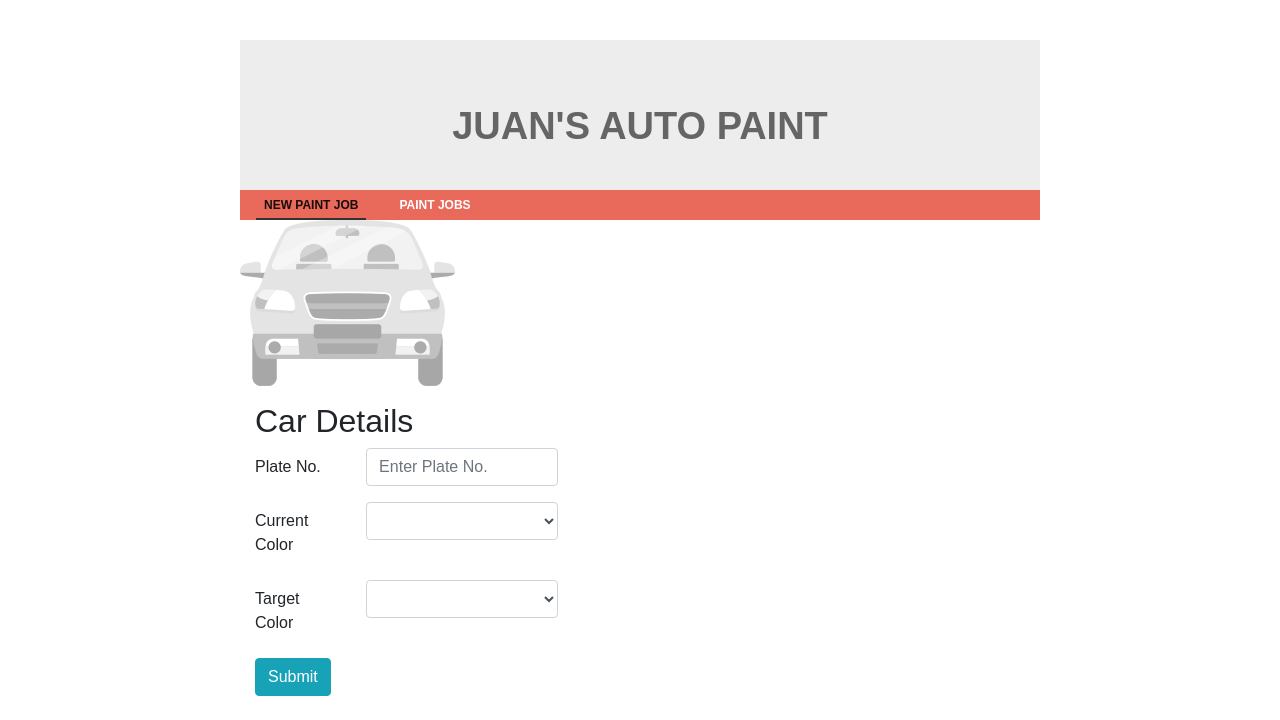
Repository: soycaringal/paint-job
Page: http://localhost/
The author's editor kept a copy of each file at every save. The page is drawn from the files as they stood at one save, then again after a run of saves.
The browser window is 1280 px wide. The pictures show the whole page.
The page is served by the project's Laravel application, run on PHP 8.4 with Laravel 8. Other server files are loaded and not shown. Queries for data that is not in the repository find no rows.

Above is the page before, as saved 2020-02-23 17:30:17.

### routes/web.php
<?php

/*
|--------------------------------------------------------------------------
| Web Routes
|--------------------------------------------------------------------------
|
| Here is where you can register web routes for your application. These
| routes are loaded by the RouteServiceProvider within a group which
| contains the "web" middleware group. Now create something great!
|
*/

Route::get('/', 'CarController@index')->name('home');
Route::get('/jobs', 'CarController@jobs')->name('jobs');
Route::post('/car', 'CarController@store')->name('car.store');

// Route::post('/car', function () {

//     return 'aw';
// });

### app/Http/Controllers/CarController.php
<?php

namespace App\Http\Controllers;

use App\Car;
use Illuminate\Http\Request;

class CarController extends Controller
{
    private $car;

    public function __construct(Car $car) {
        $this->car = $car;
    }

    /**
     * Display a listing of the resource.
     *
     * @return \Illuminate\Http\Response
     */
    public function index()
    {
        $cars = $this->car->all();
        return view('home', compact('cars'));
    }

        /**
     * Display a listing of the resource.
     *
     * @return \Illuminate\Http\Response
     */
    public function jobs()
    {
        return view('jobs');
    }

    /**
     * Show the form for creating a new resource.
     *
     * @return \Illuminate\Http\Response
     */
    public function create()
    {
        //
    }

    /**
     * Store a newly created resource in storage.
     *
     * @param  \Illuminate\Http\Request  $request
     * @return \Illuminate\Http\Response
     */
    public function store(Request $request)
    {
        $data = $request->all();

        $car = new Car();
        $car->plate_no = $data['plate_no'];
        $car->current_color = $data['current_color'];
        $car->target_color = $data['target_color'];
        $car->save();

        return redirect('jobs');
    }

    /**
     * Display the specified resource.
     *
     * @param  \App\Car  $car
     * @return \Illuminate\Http\Response
     */
    public function show(Car $car)
    {
        //
    }

    /**
     * Show the form for editing the specified resource.
     *
     * @param  \App\Car  $car
     * @return \Illuminate\Http\Response
     */
    public function edit(Car $car)
    {
        //
    }

    /**
     * Update the specified resource in storage.
     *
     * @param  \Illuminate\Http\Request  $request
     * @param  \App\Car  $car
     * @return \Illuminate\Http\Response
     */
    public function update(Request $request, Car $car)
    {
        $car = $this->car->find($request->id);
        $car->status = 'completed';
        $car->save();
    }

    /**
     * Remove the specified resource from storage.
     *
     * @param  \App\Car  $car
     * @return \Illuminate\Http\Response
     */
    public function destroy(Car $car)
    {
        //
    }
}

### resources/views/home.blade.php
@extends('layouts.app')

@section('content')

<section class="car-image-content">
    <figure>
        <img src="/img/default.png" alt="">
    </figure>

</section>
<section class="col-5">
    <h2>Car Details</h2>
    <form action="{{route('car.store')}}" method="post">
        @csrf
        <!-- START: Plate No. -->
        <div class="form-group row">
            <label class="col-4 col-form-label">Plate No.</label>
            <div class="col-8   ">
                <input type="text" name="plate_no" class="form-control" placeholder="Enter Plate No." required>
            </div>
        </div>
        <!-- END: Plate No. -->
        <!-- START: Current Color -->
        <div class="form-group row">
            <label class="col-4 col-form-label">Current Color</label>
            <div class="col-8   ">
                <select name="current_color"class="form-control" required>
                    <option value=""></option>
                    <option value="red">Red</option>
                    <option value="green">Green</option>
                    <option value="blue">Blue</option>
                </select>
            </div>
        </div>
        <!-- END: Current Color -->
        <!-- START: Target Color -->
        <div class="form-group row">
            <label class="col-4 col-form-label">Target Color</label>
            <div class="col-8   ">
                <select name="target_color"class="form-control" required>
                    <option value=""></option>
                    <option value="red">Red</option>
                    <option value="green">Green</option>
                    <option value="blue">Blue</option>
                </select>
            </div>
        </div>
        <!-- END: Target Color -->
        <button type="submit" class="btn btn-info">Submit</button>
    </form>
</section>


@endsection

### resources/views/layouts/app.blade.php
<!DOCTYPE html>
<html lang="{{ str_replace('_', '-', app()->getLocale()) }}">
    <head>
        <meta charset="utf-8">
        <meta name="viewport" content="width=device-width, initial-scale=1">

        <title>Laravel</title>

        <!-- Fonts -->
        <link href="https://fonts.googleapis.com/css?family=Nunito:200,600" rel="stylesheet">
        <link rel="stylesheet" href="https://stackpath.bootstrapcdn.com/bootstrap/4.1.3/css/bootstrap.min.css" integrity="sha384-MCw98/SFnGE8fJT3GXwEOngsV7Zt27NXFoaoApmYm81iuXoPkFOJwJ8ERdknLPMO" crossorigin="anonymous">
        <script src="https://code.jquery.com/jquery-3.3.1.slim.min.js" integrity="sha384-q8i/X+965DzO0rT7abK41JStQIAqVgRVzpbzo5smXKp4YfRvH+8abtTE1Pi6jizo" crossorigin="anonymous"></script>
        <script src="https://cdnjs.cloudflare.com/ajax/libs/popper.js/1.14.3/umd/popper.min.js" integrity="sha384-ZMP7rVo3mIykV+2+9J3UJ46jBk0WLaUAdn689aCwoqbBJiSnjAK/l8WvCWPIPm49" crossorigin="anonymous"></script>
        <script src="https://stackpath.bootstrapcdn.com/bootstrap/4.1.3/js/bootstrap.min.js" integrity="sha384-ChfqqxuZUCnJSK3+MXmPNIyE6ZbWh2IMqE241rYiqJxyMiZ6OW/JmZQ5stwEULTy" crossorigin="anonymous"></script>
        <link href="/css/main.css" rel="stylesheet">
        <script src="https://code.jquery.com/jquery-3.4.1.min.js"
                integrity="sha256-CSXorXvZcTkaix6Yvo6HppcZGetbYMGWSFlBw8HfCJo=" crossorigin="anonymous"></script>
    </head>
    <body>
        <div class="car-container">
            <header>
                <div class="jumbotron text-center">
                    <h1>Juan's Auto Paint</h1>
                </div>
                <nav class="navbar navbar-expand-lg navbar-light">
                    <div class="collapse navbar-collapse" id="navbarText">
                        <ul class="navbar-nav mr-auto">
                            <li class="nav-item {{ Route::is('home') ? 'active' : '' }}">
                                <a class="nav-link" href="/">NEW PAINT JOB</a>
                            </li>
                            <li class="nav-item {{ Route::is('jobs') ? 'active' : '' }}">
                                <a class="nav-link" href="/jobs">PAINT JOBS</a>
                            </li>
                            </li>
                        </ul>
                    </div>
                </nav>
            </header>
            <main>
                @yield('content')
            </main>
        </div>
    </body>
</html>

### public/css/main.css
body {
    font-family: Arial;
}

header {
    margin-top: 40px;
}

header .jumbotron {
    background-color: #ededed;
    border-radius: 0;
    height: 150px;
    margin-bottom: 0;
}

header h1 {
    color: #656565;
    font-family: 'arial';
    font-size: 38px;
    font-weight: bold;
    text-transform: uppercase;
}

.car-container {
    margin: 0 auto;
    width: 800px;
}

.navbar {
    background-color: #e9695b;
    height: 30px;
    font-size: 12px;
}

.navbar .nav-item a {
    font-weight: bold;
    margin-right: 25px;
}

.navbar-light .navbar-nav .nav-item.active .nav-link {
    padding-bottom: 4px;
    border-bottom: 2px solid #333;
}

.navbar-light .navbar-nav .nav-link {
    color: #FFFFFF;
}

Loaded but not shown: app/Http/Controllers/Controller.php (common file); app/Car.php (common file)

After the next 2 saves:
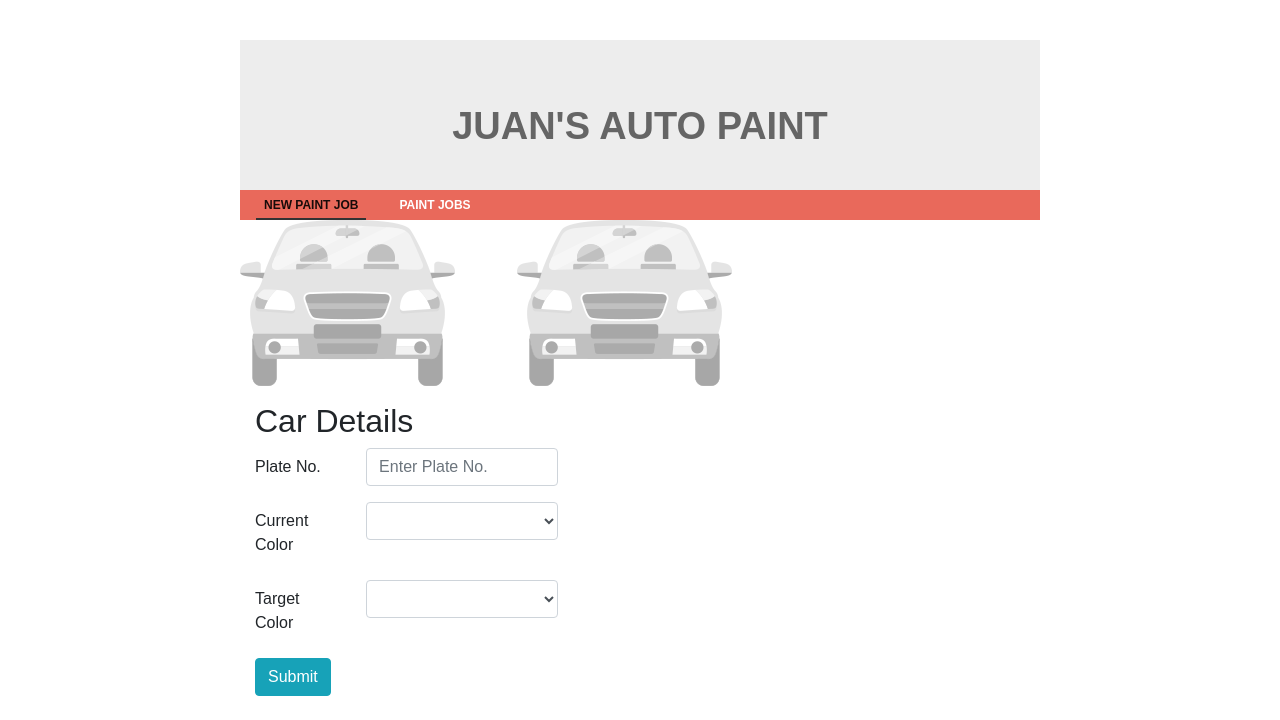
The 2 saves are shown as one change because they came seconds apart.
The last was saved 36 s later.
--- a/resources/views/home.blade.php
+++ b/resources/views/home.blade.php
@@ -3,9 +3,19 @@
 @section('content')
 
 <section class="car-image-content">
-    <figure>
-        <img src="/img/default.png" alt="">
-    </figure>
+    <div class="row">
+        <div class="col-4">
+            <figure>
+                <img src="/img/default.png" alt="">
+            </figure>
+        </div>
+        <div class="col-4">
+            <figure>
+                <img src="/img/default.png" alt="">
+            </figure>
+        </div>
+
+    </div>
 
 </section>
 <section class="col-5">
